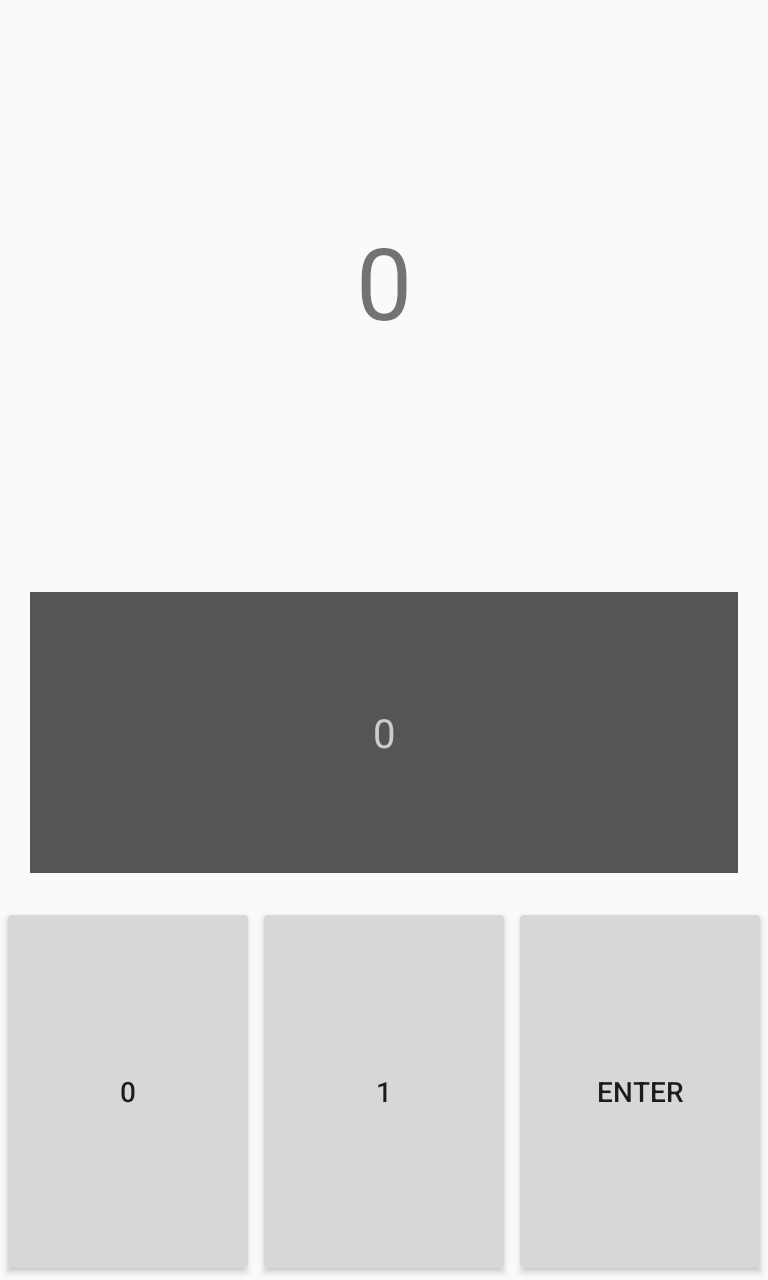
Repository: DaleJulian/Remote-Control
Layout: RemoteControl/res/layout/fragment_remote_control.xml
An editor plug-in stored every save of this project. The layout is shown before and after the next save, followed by the edit.
It is drawn on a 768 x 1280 px phone screen (xhdpi) without system bars, with theme AppTheme; the app's code is not run.

Above is the layout before, as saved 2015-06-02 07:24:22.

### RemoteControl/res/layout/fragment_remote_control.xml
<?xml version="1.0" encoding="utf-8"?>
<TableLayout xmlns:android="http://schemas.android.com/apk/res/android"
    android:id="@+id/fragment_remote_control_table_layout"
    android:layout_width="match_parent"
    android:layout_height="match_parent"
    android:stretchColumns="*" >

    <TextView
        android:id="@+id/fragment_remote_control_selectedTextView"
        android:layout_width="match_parent"
        android:layout_height="0dp"
        android:layout_weight="2"
        android:gravity="center"
        android:text="0"
        android:textSize="50dp" />

    <TextView
        android:id="@+id/fragment_remote_control_workingTextView"
		android:layout_width="match_parent"
		android:layout_height="0dp"
		android:layout_weight="1"
		android:layout_margin="15dp"
		android:background="#555555"
		android:gravity="center"
		android:text="0"
		android:textColor="#cccccc"
		android:textSize="20dp" />

    <TableRow android:layout_weight="1" >
		<Button
			android:id="@+id/fragment_remote_control_zeroButton"
			style="@style/RemoteButton"
			android:text="0" />
		<Button
			android:id="@+id/fragment_remote_control_oneButton"
			style="@style/RemoteButton"
			android:text="1" />
		<Button
			android:id="@+id/fragment_remote_control_enterButton"
			style="@style/RemoteButton"
			android:text="Enter" />
	</TableRow>
</TableLayout>

### RemoteControl/res/values/styles.xml
<resources>

    <!--
        Base application theme, dependent on API level. This theme is replaced
        by AppBaseTheme from res/values-vXX/styles.xml on newer devices.
    -->
    <style name="AppBaseTheme" parent="Theme.AppCompat.Light">
        <!--
            Theme customizations available in newer API levels can go in
            res/values-vXX/styles.xml, while customizations related to
            backward-compatibility can go here.
        -->
    </style>

    <!-- Application theme. -->
    <style name="AppTheme" parent="AppBaseTheme">
        <!-- All customizations that are NOT specific to a particular API-level can go here. -->
    </style>

    <style name="RemoteButton">
		<item name="android:layout_width">0dp</item>
		<item name="android:layout_height">match_parent</item>
	</style>


</resources>

### RemoteControl/res/layout/button_row.xml
<?xml version="1.0" encoding="utf-8"?>
	<TableRow xmlns:android="http://schemas.android.com/apk/res/android" >
	<Button style="@style/RemoteButton" />
	<Button style="@style/RemoteButton" />
	<Button style="@style/RemoteButton" />
</TableRow>

Loaded but not shown: RemoteControl/res/values-v11/styles.xml (common file); RemoteControl/res/values-v14/styles.xml (common file)

After the next save:
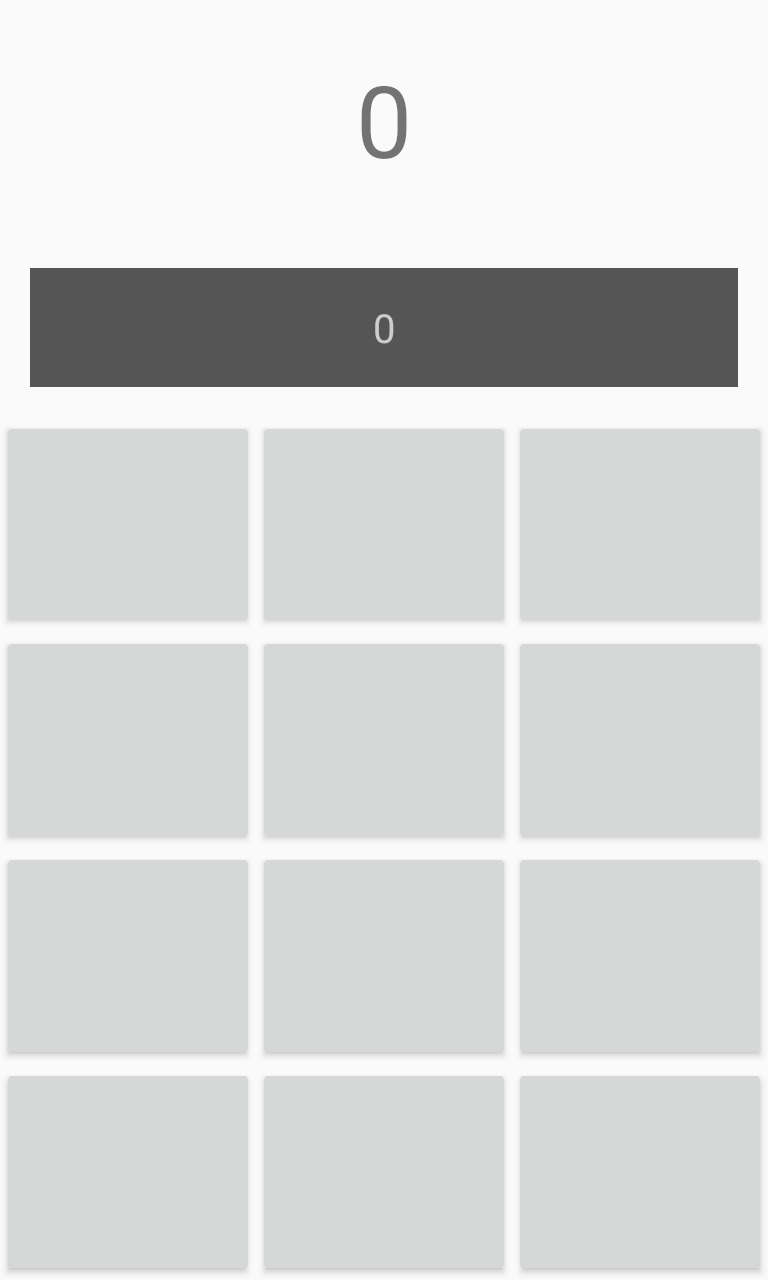
Saved 25 s later.
--- a/RemoteControl/res/layout/fragment_remote_control.xml
+++ b/RemoteControl/res/layout/fragment_remote_control.xml
@@ -26,18 +26,16 @@
 		android:textColor="#cccccc"
 		android:textSize="20dp" />
 
-    <TableRow android:layout_weight="1" >
-		<Button
-			android:id="@+id/fragment_remote_control_zeroButton"
-			style="@style/RemoteButton"
-			android:text="0" />
-		<Button
-			android:id="@+id/fragment_remote_control_oneButton"
-			style="@style/RemoteButton"
-			android:text="1" />
-		<Button
-			android:id="@+id/fragment_remote_control_enterButton"
-			style="@style/RemoteButton"
-			android:text="Enter" />
-	</TableRow>
+	<include
+	    android:layout_weight="1"
+	    layout="@layout/button_row" />
+	<include
+	    android:layout_weight="1"
+	    layout="@layout/button_row" />
+    <include
+	    android:layout_weight="1"
+	    layout="@layout/button_row" />
+    <include
+	    android:layout_weight="1"
+	    layout="@layout/button_row" />
 </TableLayout>
